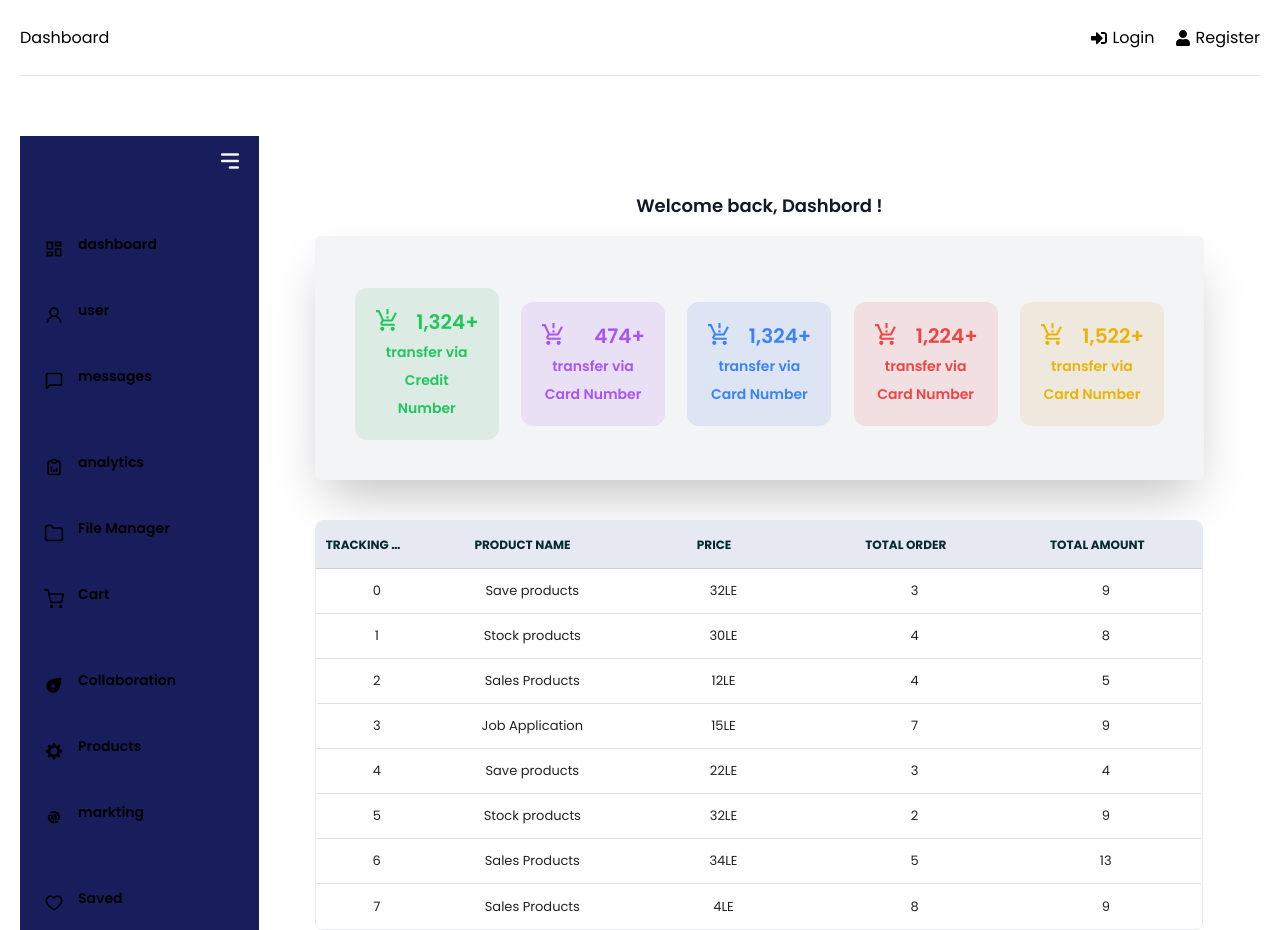
Repository: OmniaRafat232111121/DashboardTailwind
Page: /
An editor plug-in stored every save of this project. The page is shown before and after a run of saves, followed by the edit.
The browser window is 1280 px wide. The pictures show the whole page.
The project was rebuilt for these pictures with package versions that can differ from the ones it lists, and the page was loaded fresh each time. Also part of the build but not shown: src/components/Spinner.jsx, src/pages/Login.jsx, src/pages/Register.jsx.

Above is the page before, as saved 2023-01-26 20:23:30.

### src/index.js
import React from 'react';
import ReactDOM from 'react-dom';
import './index.css';
import 'react-toastify/dist/ReactToastify.css';
import App from './App';
import { store } from './app/store';
import { Provider } from 'react-redux';

ReactDOM.render(
  <React.StrictMode>
    <Provider store={store}>
      <App />
    </Provider>
  </React.StrictMode>,
  document.getElementById('root')
);

### src/index.css
@import url('https://fonts.googleapis.com/css2?family=Poppins:wght@300;400;600;700&display=swap');
@tailwind base;
@tailwind components;
@tailwind utilities;

* {
  margin: 0;
  padding: 0;
  box-sizing: border-box;
}

body {
  font-family: 'Poppins', sans-serif;
  height: 100vh;
}

a {
  text-decoration: none;
  color: #000;
}

p {
  line-height: 1.7;
}

ul {
  list-style: none;
}

li {
  line-height: 2.2;
}

h1,
h2,
h3 {
  font-weight: 600;
  margin-bottom: 10px;
}

.container {
  width: 100%;

  margin: 0 auto;
  padding: 0 20px;
  text-align: center;
}

.header {
  display: flex;
  justify-content: space-between;
  align-items: center;
  padding: 20px 0;
  border-bottom: 1px solid #e6e6e6;
  margin-bottom: 60px;
}

.header ul {
  display: flex;
  align-items: center;
  justify-content: space-between;
}

.header ul li {
  margin-left: 20px;
}

.header ul li a {
  display: flex;
  align-items: center;
}

.header ul li a:hover {
  color: #777;
}

.header ul li a svg {
  margin-right: 5px;
}

.heading {
  font-size: 2rem;
  font-weight: 700;
  margin-bottom: 50px;
  padding: 0 20px;
}

.heading p {
  color: #828282;
}

.goals {
  display: grid;
  grid-template-columns: repeat(2, 1fr);
  gap: 10px;
}

.goal {
  background-color: #f4f4f4;
  margin: 10px 0;
  padding: 20px 0 10px;
  position: relative;
}

.goal .close {
  position: absolute;
  top: 10px;
  right: 15px;
  cursor: pointer;
  border: none;
  background: none;
}

.form,
.content {
  width: 70%;
  margin: 0 auto;
}

.form-group {
  margin-bottom: 10px;
}

.form-group input,
.form-group textarea,
.form-group select {
  width: 100%;
  padding: 10px;
  border: 1px solid #e6e6e6;
  border-radius: 5px;
  margin-bottom: 10px;
  font-family: inherit;
}

.form-group label {
  text-align: left;
  display: block;
  margin: 0 0 5px 3px;
}

.btn {
  padding: 10px 20px;
  border: 1px solid #000;
  border-radius: 5px;
  background: #000;
  color: #fff;
  font-size: 16px;
  font-weight: 700;
  cursor: pointer;
  text-align: center;
  appearance: button;
  display: flex;
  align-items: center;
  justify-content: center;
}

.btn svg {
  margin-right: 8px;
}

.btn-reverse {
  background: #fff;
  color: #000;
}

.btn-block {
  width: 100%;
  margin-bottom: 20px;
}

.btn:hover {
  transform: scale(0.98);
}

.loadingSpinnerContainer {
  position: fixed;
  top: 0;
  right: 0;
  bottom: 0;
  left: 0;
  background-color: rgba(0, 0, 0, 0.5);
  z-index: 5000;
  display: flex;
  justify-content: center;
  align-items: center;
}

.loadingSpinner {
  width: 64px;
  height: 64px;
  border: 8px solid;
  border-color: #000 transparent #555 transparent;
  border-radius: 50%;
  animation: spin 1.2s linear infinite;
}

@keyframes spin {
  0% {
    transform: rotate(0deg);
  }
  100% {
    transform: rotate(360deg);
  }
}

@media (max-width: 600px) {
  .form {
    width: 90%;
  }

  .heading h1 {
    font-size: 2rem;
  }

  .heading p {
    font-size: 1.5rem;
  }
}

### src/App.js
import { BrowserRouter as Router, Routes, Route } from 'react-router-dom'
import { ToastContainer } from 'react-toastify'
import 'react-toastify/dist/ReactToastify.css'
import Header from './components/Header'
import Dashboard from './pages/Dashboard'
import Login from './pages/Login'
import Register from './pages/Register'
import { useEffect} from 'react'
import { useSelector } from 'react-redux'
import Home from './pages/Home'
function App() {
const isAuth = useSelector(state => state?.authSlice?.user?.isAuth)
  return (
    <>
      <Router>

        <div className='container'>
          <Header />


          <Routes>

            <Route path='/' element={<Home />} />
            <Route path='/login' element={<Login />} />
            <Route path='/register' element={<Register />} />


          </Routes>
        </div>
      </Router>
      <ToastContainer />





    </>
  )
}

export default App

### src/app/store.js
import { configureStore } from '@reduxjs/toolkit'
import authReducer from '../features/auth/authSlice'

export const store = configureStore({
  reducer: {
    auth: authReducer,

  },
})

### src/components/Header.jsx
import { FaSignInAlt, FaSignOutAlt, FaUser } from 'react-icons/fa'
import { Link, useNavigate } from 'react-router-dom'
import { useSelector, useDispatch } from 'react-redux'
import { logout, reset } from '../features/auth/authSlice'

function Header() {
  const navigate = useNavigate()
  const dispatch = useDispatch()
  const { user } = useSelector((state) => state.auth)

  const onLogout = () => {
    dispatch(logout())
    dispatch(reset())
    navigate('/')
  }

  return (
    <header className='header'>
      <div className='logo'>
        <Link to='/'>Dashboard</Link>
      </div>
      <ul>
        {user ? (
          <li>
            <button className='btn' onClick={onLogout}>
              <FaSignOutAlt /> Logout
            </button>
          </li>
        ) : (
          <>
            <li>
              <Link to='/login'>
                <FaSignInAlt /> Login
              </Link>
            </li>
            <li>
              <Link to='/register'>
                <FaUser /> Register
              </Link>
            </li>
          </>
        )}
      </ul>
    </header>
  )
}

export default Header

### src/pages/Dashboard.jsx
import React from 'react'
import {MdProductionQuantityLimits} from 'react-icons/md'
import DataTableDT from '../components/DataTable'
import InfoCard from '../components/InfoCard';
import { BiBell, BiBriefcase, BiMessageDetail } from 'react-icons/bi'
import { AiOutlineBarChart } from 'react-icons/ai'
import { FaEye, FaHeart } from 'react-icons/fa'
import { RiGamepadLine } from 'react-icons/ri'
import { HiShoppingBag } from 'react-icons/hi'

const columns = [
    {
    name: 'Tracking no',
    selector: row => row?.id,
    sortable: true,
    reorder: true,
    center: true,
    maxWidth: '120px',
  },
  {
    name: 'Product name',
    selector: row => row?.title,
    sortable: true,
    reorder: true,
    center: true,
  },
  {
    name: 'Price',
    selector: row => row?.price + 'LE',
    sortable: true,
    reorder: true,
    center: true,
  },
  {
    name: 'Total Order',
    selector: row => row?.order ,
   sortable: true,
    reorder: true,
    center: true,
  },
  {
    name: 'Total Amount',
    selector: row => row?.total ,
    sortable: true,
    reorder: true,
    center: true,
  },

];

const data = [

    {
    id: 0,
    count: 178,
    order:3,
    price: 32,
    title: 'Save products',
    total:9,
    icon: <FaHeart />,
      color:'blue'
    },
    {
      id:1,
      count: 20,
         order:4,
      price: 30,
        total:8,
      title:'Stock products',
      icon: <RiGamepadLine />,
      color:'yellow'
    },
    {
      id:2,
      count: 190,
      price: 12,
      order: 4,
           total:5,
      title:'Sales Products',
      icon: <HiShoppingBag />,
      color:'orange'
    },
    {
      id:3,
      count: 12,
      price: 15,
       total:9,
      order:7,
      title:'Job Application',
      icon: <BiBriefcase />,
      color:'purple'
  },
    {
      id:4,
      count: 178,
      price: 22,
       total:4,
     order:3,
      title:'Save products',
      icon: <FaHeart/>,
      color:'blue'
    },
    {
      id:5,
      count: 20,
      price: 32,
      order: 2,
            total:9,
      title:'Stock products',
      icon: <RiGamepadLine />,
      color:'yellow'
    },
    {
      id:6,
      count: 190,
        price:34,
      title: 'Sales Products',
        order:5,
      icon: <HiShoppingBag />,
      color: 'orange',
       total:13,
    },

        {
      id:7,
      count: 140,
        price:4,
      title: 'Sales Products',
        order:8,
      icon: <HiShoppingBag />,
      color: 'orange',
       total:9,
    },


]


const Dashboard = () => {


  return (
    <section className="  w-full px-14 flex-1 pt-14 ">
      <div>
        <h2 className=" lg:text-lg text-black-400 ">Welcome back, Dashbord !</h2>
        <div className=' flex  flex-col mt-4
           lg:flex-row
           items-center
           justify-between
           rounded-md
           bg-gray-100 shadow-2xl p-10 '>

          <InfoCard
            className="mt-3 p-5 box-shadow-300 "
            bgColor={"bg-green-600"}
            textColor={"text-green-500"}

            count={'+1324'}
            icon={<MdProductionQuantityLimits size={25} />}
            label={
              <span className='text-sm'>
                transfer via Credit Number
              </span>
            }
          />
           <InfoCard
            className="mt-3 p-5 box-shadow-300"
            bgColor={"bg-purple-600"}
            textColor={"text-purple-500"}

            count={'+474'}
            icon={<MdProductionQuantityLimits size={25} />}
            label={
              <span className='text-sm'>
                transfer via
                <br />
                Card Number
              </span>
            }
          />
            <InfoCard
            className="mt-3 p-5 box-shadow-300 bg-black"
            bgColor={"bg-blue-600"}
            textColor={"text-blue-500"}

            count={'+1324'}
            icon={<MdProductionQuantityLimits size={25} />}
            label={
              <span className='text-sm'>
                transfer via  Card Number
              </span>
            }
          />


          <InfoCard
            className="mt-3 box-shadow-300"
             count={'+1224'}
            bgColor={"bg-red-600"}
            textColor={"text-red-500"}
            icon={<MdProductionQuantityLimits size={25} />}
            label={
              <span className='text-sm'>
                transfer via  Card Number
              </span>
            }
          />

          <InfoCard
            className="mt-3 box-shadow-300"
             count={'+1522'}
            bgColor={"bg-yellow-600"}
            textColor={"text-yellow-500"}
            icon={<MdProductionQuantityLimits size={25} />}
            label={
              <span className='text-sm'>
                transfer via
                <br />
                Card Number
              </span>
            }
          />




        </div>
        <div className='mt-10'>
          <DataTableDT
            className=" md:w-3"
            columns={columns}
            data={data}
            selectableRows
            pagination={false}
        />
        </div>
      </div>

    </section>
  )
}

export default Dashboard

### src/pages/Home.jsx
import React, { useState } from 'react'
import { HiMenuAlt3 } from 'react-icons/hi'
import { MdOutlineDashboard } from 'react-icons/md'
import { RiSettings4Line } from 'react-icons/ri'
import { TbReportAnalytics } from 'react-icons/tb'
import { AiOutlineUser, AiOutlineHeart } from 'react-icons/ai'
import { FiMessageSquare, FiFolder, FiShoppingCart } from 'react-icons/fi'
import {DiAptana,DiClojureAlt,DiCompass} from 'react-icons/di'
import { Link } from 'react-router-dom'

import Dashboard from './Dashboard'
const Home = () => {
  const menus = [
    { name: 'dashboard',link:"/", icon: MdOutlineDashboard },
    { name: 'user',link:"/user", icon: AiOutlineUser },
    { name: 'messages',link:"/message", icon: FiMessageSquare },
    { name: 'analytics', link:"/analysis",icon: TbReportAnalytics, margin: true },
    { name: 'File Manager', link:"/fileManager",icon: FiFolder },
    { name: 'Cart', link:"/cart", icon: FiShoppingCart },
    { name: 'Collaboration', icon: DiCompass, margin: true },
    { name: 'Products', icon: DiAptana },
    { name: 'markting', icon: DiClojureAlt },
     { name: 'Saved', icon: AiOutlineHeart, margin: true },

  ]
  const [open, setOpen] = useState(true)
  return (

    <section className="flex">
      <div
        className={`bg-[#181d5b] min-h-screen ${open ? "w-72" : "w-16"
          } duration-500 text-gray-100 px-4`}
      >
        <div className="py-3 flex justify-end">
          <HiMenuAlt3
            size={26}
            className="cursor-pointer"
            onClick={() => setOpen(!open)}
          />
        </div>
        <div className="mt-10 flex flex-col  gap-5 relative">
          {menus?.map((menu, i) => (
            <Link
              to={menu?.link}
              key={i}
              className={` ${menu?.margin && "mt-5"
                } group flex items-center text-sm  gap-3.5 font-medium p-2 hover:bg-gray-800 rounded-md`}
            >
              <div>{React.createElement(menu?.icon, { size: "20" })}</div>
              <h2
                style={{
                  transitionDelay: `${i + 3}00ms`,
                }}
                className={`whitespace-pre duration-500 ${!open && "opacity-0 translate-x-28 overflow-hidden"
                  }`}
              >
                {menu?.name}
              </h2>
              <h2
                className={`${open && "hidden"
                  } absolute left-48 bg-white font-semibold whitespace-pre text-gray-900 rounded-md drop-shadow-lg px-0 py-0 w-0 overflow-hidden group-hover:px-2 group-hover:py-1 group-hover:left-14 group-hover:duration-300 group-hover:w-fit  `}
              >
                {menu?.name}
              </h2>
            </Link>
          ))}
        </div>
      </div>

      <div className="w-full  text-xl text-gray-900 font-semibold">
      <Dashboard/>
      </div>
     </section>


  );
}

export default Home

### src/features/auth/authSlice.js
import { createSlice, createAsyncThunk } from '@reduxjs/toolkit'
import authService from './authService'

// Get user from localStorage
const user = JSON.parse(localStorage.getItem('user'))

const initialState = {
  user: user ? user : null,
  isError: false,
  isSuccess: false,
  isLoading: false,
  message: '',
}

// Register user
export const register = createAsyncThunk(
  'auth/register',
  async (user, thunkAPI) => {
    try {
      return await authService.register(user)
    } catch (error) {
      const message =
        (error.response &&
          error.response.data &&
          error.response.data.message) ||
        error.message ||
        error.toString()
      return thunkAPI.rejectWithValue(message)
    }
  }
)

// Login user
export const login = createAsyncThunk('auth/login', async (user, thunkAPI) => {
  try {
    return await authService.login(user)
  } catch (error) {
    const message =
      (error.response && error.response.data && error.response.data.message) ||
      error.message ||
      error.toString()
    return thunkAPI.rejectWithValue(message)
  }
})

export const logout = createAsyncThunk('auth/logout', async () => {
  await authService.logout()
})

export const authSlice = createSlice({
  name: 'auth',
  initialState,
  reducers: {
    reset: (state) => {
      state.isLoading = false
      state.isSuccess = false
      state.isError = false
      state.message = ''
    },
  },
  extraReducers: (builder) => {
    builder
      .addCase(register.pending, (state) => {
        state.isLoading = true
      })
      .addCase(register.fulfilled, (state, action) => {
        state.isLoading = false
        state.isSuccess = true
        state.user = action.payload
      })
      .addCase(register.rejected, (state, action) => {
        state.isLoading = false
        state.isError = true
        state.message = action.payload
        state.user = null
      })
      .addCase(login.pending, (state) => {
        state.isLoading = true
      })
      .addCase(login.fulfilled, (state, action) => {
        state.isLoading = false
        state.isSuccess = true
        state.user = action.payload
      })
      .addCase(login.rejected, (state, action) => {
        state.isLoading = false
        state.isError = true
        state.message = action.payload
        state.user = null
      })
      .addCase(logout.fulfilled, (state) => {
        state.user = null
      })
  },
})

export const { reset } = authSlice.actions
export default authSlice.reducer

### src/components/DataTable.jsx
import React from 'react';
import DataTable, { createTheme } from 'react-data-table-component';
import { BsSortDown } from 'react-icons/bs';
const sortIcon = <BsSortDown />;
const DataTbleDT = ({
  columns,
  data,
  title,
  select,
  pagination,
  paginationServer,
  paginationTotalRows,
  onChangeRowsPerPage,
  onChangePage,
  progressPending,
  progressComponent,
}) => {
  const customStyles = {
    tableWrapper: {
      style: {
        display: 'table',
        border: '1px solid #E6E9F1',
        width: '99.9%',
        overflow: 'hidden',
        borderRadius: '8px',
      },
    },
    header: {
      style: {
        color: '#FFFFFF',
        fontWeight: 800,
        minHeight: '60px',
        paddingLeft: '0px',
        textAlign: 'center',
        textTransform: 'uppercase',
      },
    },
    head: {
      style: {
        color: 'orange',
      },
    },
    headRow: {
      style: {
        backgroundColor: '#E6E9F1',
        minHeight: '48px',
      },
      denseStyle: {
        minHeight: '30px',
      },
    },
    headCells: {
      style: {
        textTransform: 'uppercase',
        fontWeight: 700,
        color: '#052A30',
        paddingLeft: '10px',
        paddingRight: '10px',
      },
      activeSortStyle: {
        color: '#ccc',
        '&:focus': {
          outline: 'none',
        },
        '&:hover:not(:focus)': {
          color: '#E6E9F1',
        },
      },
      inactiveSortStyle: {
        '&:focus': {
          outline: 'none',
          color: '',
        },
        '&:hover': {
          color: '',
        },
      },
    },
    cells: {
      style: {
        paddingLeft: '10px',
        paddingRight: '10px',
        wordBreak: 'break-word',
      },
    },
    rows: {
      style: {
        minHeight: '45px',
        width: '99.8%',
        marginLeft: '1px',
        marginRight: '1px',
      },
      denseStyle: {
        fontSize: '12px',
        minHeight: '40px',
      },
      highlightOnHoverStyle: {
        backgroundColor: '#f7fcf7',
      },
    },
  };

  createTheme('ElevateLight', {
    text: {
      primary: '#393939',
      secondary: '#000',
    },
    background: {
      default: '#fff',
    },
    context: {
      background: '#f7fcf7',
      text: '#FFFFFF',
    },
    divider: {
      default: '#E6E9F1',
    },
    action: {
      button: 'rgba(0,0,0,.54)',
      hover: 'rgba(0,0,0,.08)',
      disabled: 'rgba(0,0,0,.12)',
    },
  });

  return (
    <DataTable
      columns={columns}
      data={data}
      selectableRows={select}
      selectableRowsNoSelectAll={false}
      selectableRowsVisibleOnly={false}
      selectableRowsHighlight={true}
      selectableRowsSingle={false}
      expandableRows={false}
      expandOnRowClicked={false}
      expandOnRowDoubleClicked={false}
      expandableRowsHideExpander={false}
      highlightOnHover={false}
      striped={false}
      pointerOnHover={false}
      dense={false}
      persistTableHead={false}
      noHeader={false}
      fixedHeader={false}
      fixedHeaderScrollHeight="300px"
      noTableHead={false}
      noContextMenu={false}
      direction="right"
      subHeader={false}
      subHeaderAlign="right"
      subHeaderWrap={true}
      responsive
      disabled={false}
      customStyles={customStyles}
      sortIcon={sortIcon}
      pagination={pagination}
      paginationServer={paginationServer}
      paginationTotalRows={paginationTotalRows}
      onChangeRowsPerPage={onChangeRowsPerPage}
      onChangePage={onChangePage}
      progressPending={progressPending}
      progressComponent={progressComponent}
    />
  );
};

export default DataTbleDT;

### src/components/InfoCard.jsx
import React from 'react'
import CountUp from 'react-countup'
const InfoCard = (props) => {
    return (
       <div className={` mt-3 rounded-xl ${props.bgColor} bg-opacity-10 p-5  w-36    ${props.textColor}`}>


            <div className='text  flex justify-between   '>
        {props.icon}
                <h4>
          <CountUp
            start={0}
            end={props.count}
            duration={props.count < 20 ? 1 : props.count < 200 ? 2 : 3}
            decimals={0}
                    />
                    +
                    </h4>
            </div>
            {props.label}

          </div>



  )
}

export default InfoCard

### src/features/auth/authService.js
import axios from 'axios'

const API_URL1 = 'https://reqres.in/api/register'

// Register user
const register = async (userData) => {
  const response = await axios.post(API_URL1, userData)

  if (response.data) {
    localStorage.setItem('user', JSON.stringify(response.data))
  }

  return response.data
}

const API_URL = 'https://reqres.in/api/login/'
 //Login user
const login = async (userData) => {
  const response = await axios.post(API_URL , userData)

  if (response.data) {
    localStorage.setItem('user', JSON.stringify(response.data))
  }

  return response.data
}

// Logout user
const logout = () => {
  localStorage.removeItem('user')
}

const authService = {
  register,
  logout,
  login,
}

export default authService

Loaded but not shown: public/index.html (common file); tailwind.config.js (common file)

After the next 6 saves:
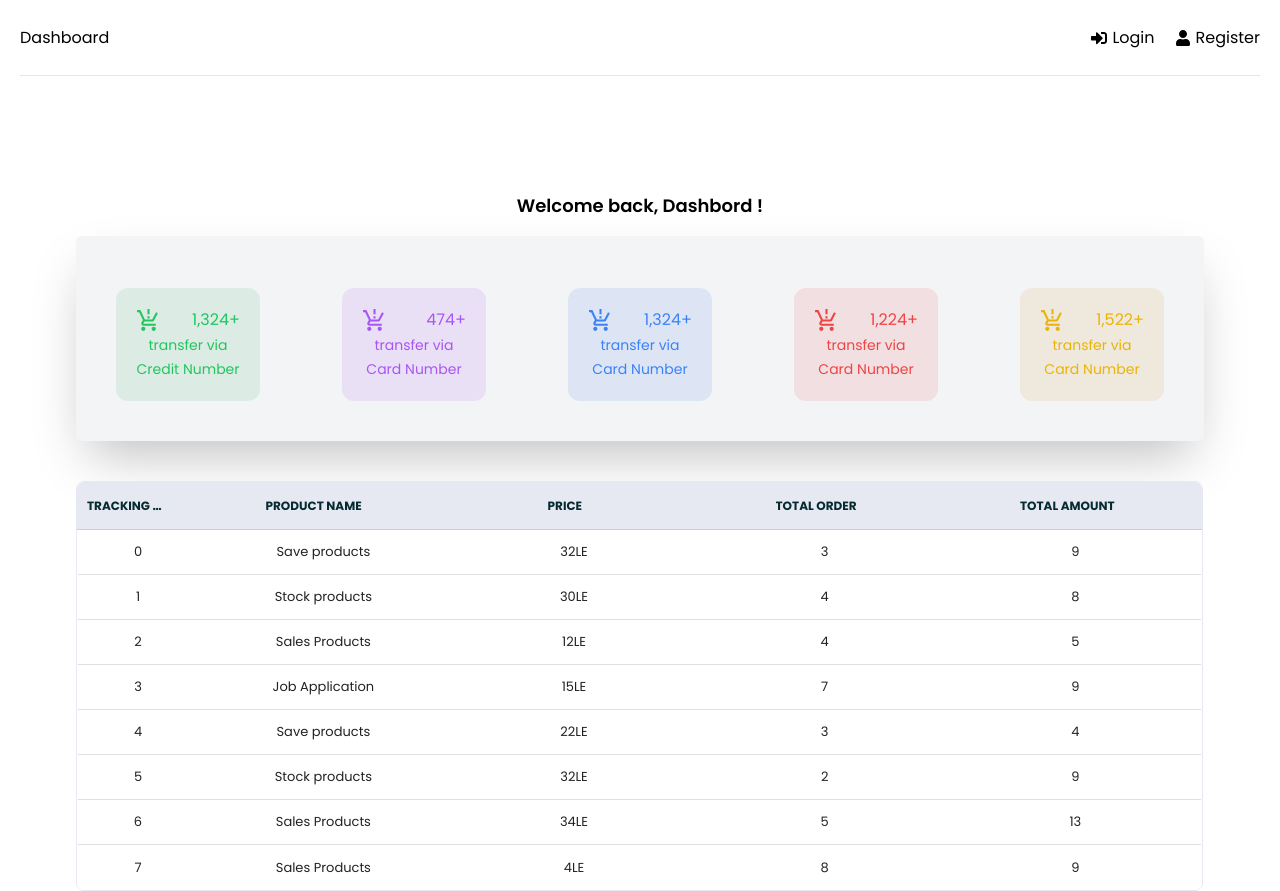
The 6 saves are shown as one change because 2 did not build or start and some came seconds apart.
The last was saved 103 s later.
--- a/src/App.js
+++ b/src/App.js
@@ -20,7 +20,7 @@ const isAuth = useSelector(state => state?.authSlice?.user?.isAuth)
 
           <Routes>
 
-            <Route path='/' element={<Home />} />
+            <Route path='/' element={<Dashboard />} />
             <Route path='/login' element={<Login />} />
             <Route path='/register' element={<Register />} />
 
--- a/src/pages/Home.jsx
+++ b/src/pages/Home.jsx
@@ -2,7 +2,7 @@ import React, { useState } from 'react'
 import { HiMenuAlt3 } from 'react-icons/hi'
 import { MdOutlineDashboard } from 'react-icons/md'
 import { RiSettings4Line } from 'react-icons/ri'
-import { TbReportAnalytics } from 'react-icons/tb'
+
 import { AiOutlineUser, AiOutlineHeart } from 'react-icons/ai'
 import { FiMessageSquare, FiFolder, FiShoppingCart } from 'react-icons/fi'
 import {DiAptana,DiClojureAlt,DiCompass} from 'react-icons/di'
@@ -14,7 +14,7 @@ const Home = () => {
     { name: 'dashboard',link:"/", icon: MdOutlineDashboard },
     { name: 'user',link:"/user", icon: AiOutlineUser },
     { name: 'messages',link:"/message", icon: FiMessageSquare },
-    { name: 'analytics', link:"/analysis",icon: TbReportAnalytics, margin: true },
+    { name: 'analytics', link:"/analysis", margin: true },
     { name: 'File Manager', link:"/fileManager",icon: FiFolder },
     { name: 'Cart', link:"/cart", icon: FiShoppingCart },
     { name: 'Collaboration', icon: DiCompass, margin: true },
